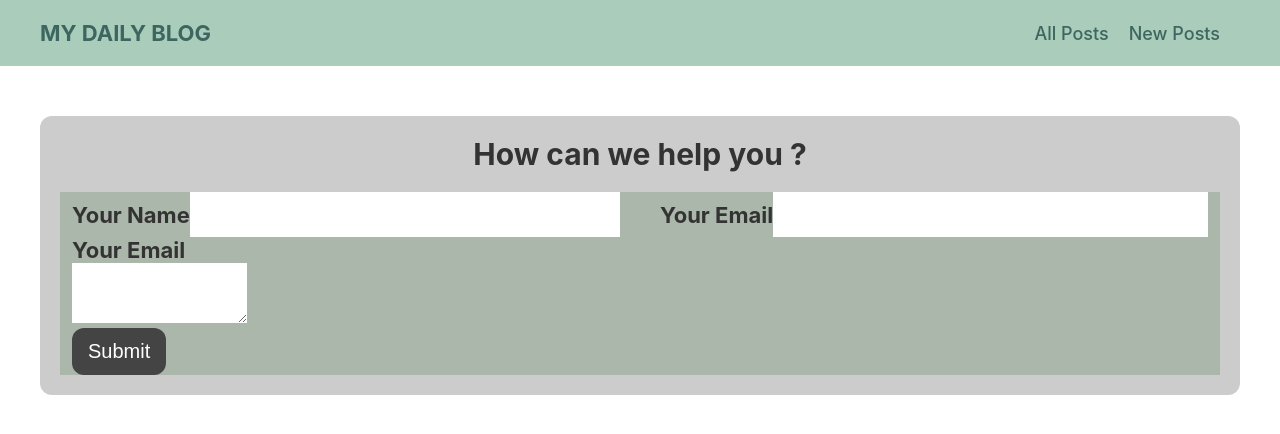
Repository: lyvandat/post-project-nextjs
Page: /new-post
These files come from the project's save history. The page is drawn as it stood at one moment and after the next save; the edit follows.
The browser window is 1280 px wide. The pictures show the whole page.
The project was rebuilt for these pictures with package versions that can differ from the ones it lists, and the page was loaded fresh each time. The framework's server and built-in components were replaced by stand-ins that run in the browser. Also part of the build but not shown: next.config.js.

Above is the page before, as saved 2022-09-26 18:39:13.

After the next save:
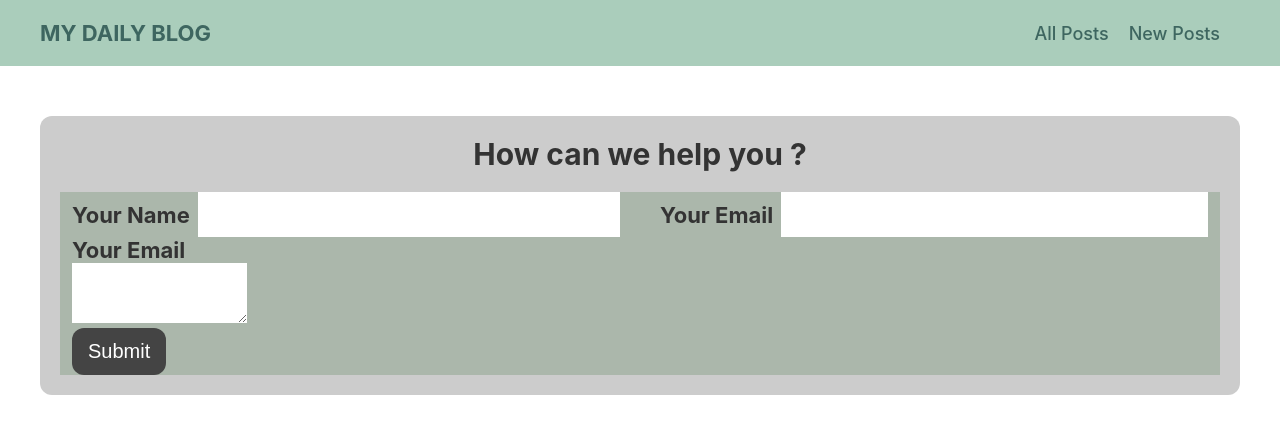
Saved 16 s later.
--- a/components/posts/NewPost.module.css
+++ b/components/posts/NewPost.module.css
@@ -31,6 +31,10 @@
   align-items: center;
 }
 
+.control label {
+  margin-right: 8px;
+}
+
 .control input {
   flex: 1;
   padding: 12px;
